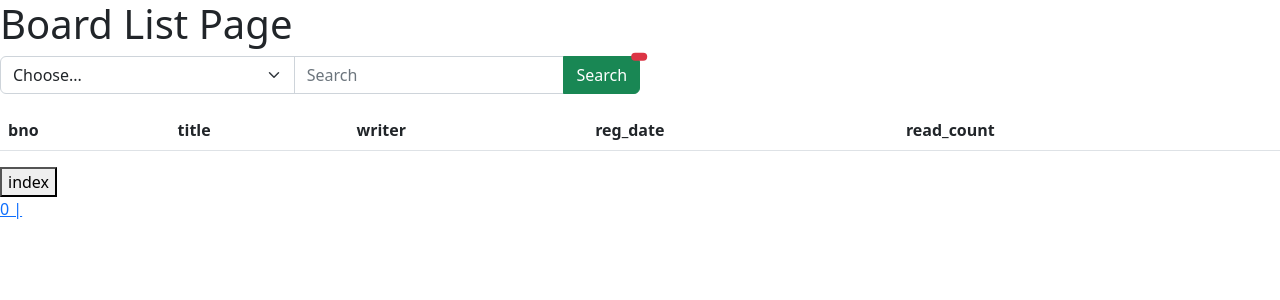
Repository: khr4162/-
Page: http://localhost/jsp_project/board/list.jsp
The author's editor kept a copy of each file at every save. The page is drawn from the files as they stood at one save, then again after the next save.
The browser window is 1280 px wide. The pictures show the whole page.
The page is served by Tomcat 9. The template is opened directly, without the code that normally fills it, so the values that code supplies are empty.

Above is the page before, as saved 2023-05-24 06:14:04.

After the next save:
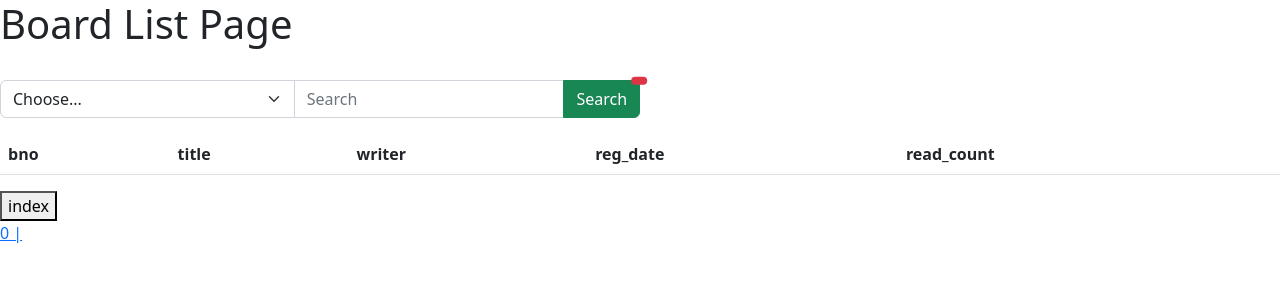
Saved 2 h 2 min later.
--- a/Desktop/김형래/jsp_project2 (2) (1)/jsp_project/src/main/webapp/board/list.jsp
+++ b/Desktop/김형래/jsp_project2 (2) (1)/jsp_project/src/main/webapp/board/list.jsp
@@ -12,7 +12,7 @@
 <script src="https://cdn.jsdelivr.net/npm/bootstrap@5.2.2/dist/js/bootstrap.bundle.min.js" integrity="sha384-OERcA2EqjJCMA+/3y+gxIOqMEjwtxJY7qPCqsdltbNJuaOe923+mo//f6V8Qbsw3" crossorigin="anonymous"></script>
 </head>
 <body>
-<h1>Board List Page</h1>
+<h1>Board List Page</h1><br>
 <!-- 검색 라인 -->
 <div class="col-sm-12 col-md-6">
 <form action="/brd/page" method="post">
